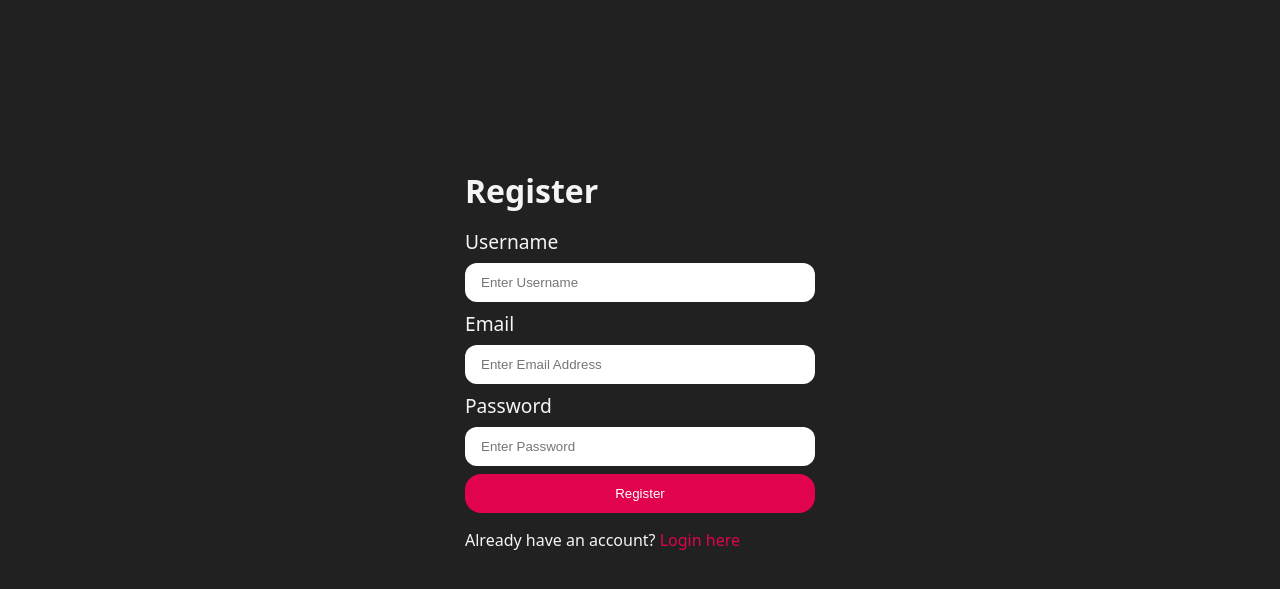
Repository: ASHUTOSHNANDA2006/Resume_Analyzer
Page: /register (app in Frontend/)
The author's editor kept a copy of each file at every save. The page is drawn from the files as they stood at one save, then again after a run of saves.
The browser window is 1280 px wide. The pictures show the whole page.
The project was rebuilt for these pictures with package versions that can differ from the ones it lists, and the page was loaded fresh each time. Also part of the build but not shown: Frontend/vite.config.js, Frontend/src/features/auth/pages/login.jsx.

Above is the page before, as saved 2026-05-24 01:32:39.

After the next 7 saves:
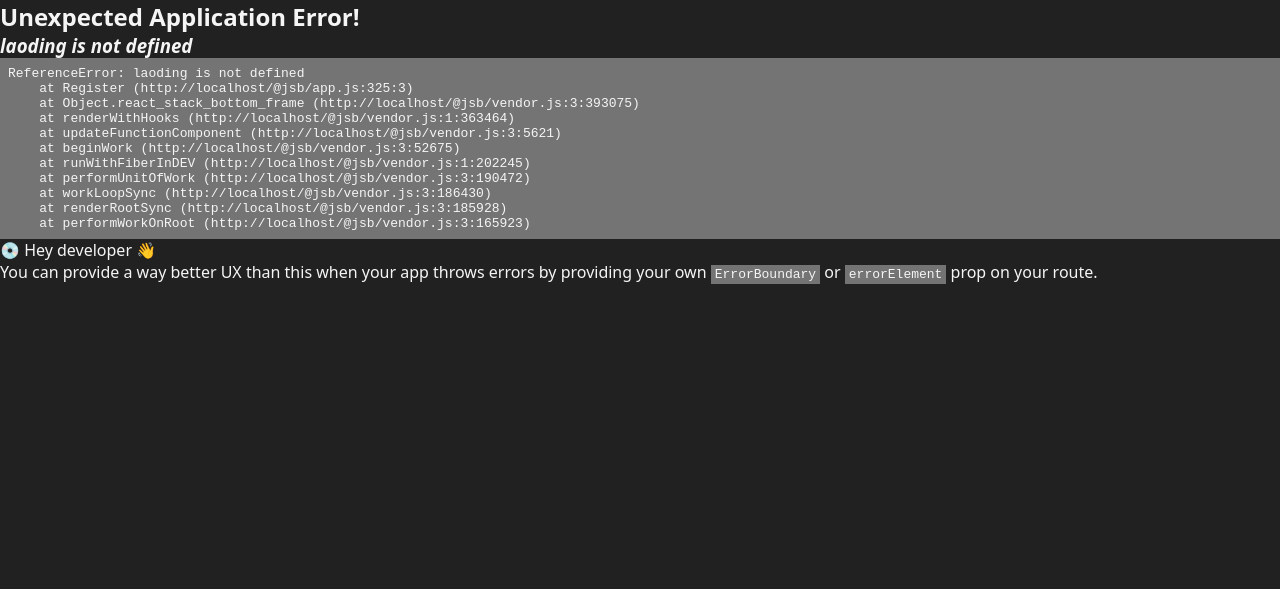
The 7 saves are shown as one change because they came seconds apart.
The last was saved 21 s later.
--- a/Frontend/src/features/auth/pages/Register.jsx
+++ b/Frontend/src/features/auth/pages/Register.jsx
@@ -18,6 +18,9 @@
         navigate("/")
     }
 
+    if(laoding){
+        return (<main><h1>Loading...</h1></main>)
+    }
 
     return (
         <main>

After the save that followed:
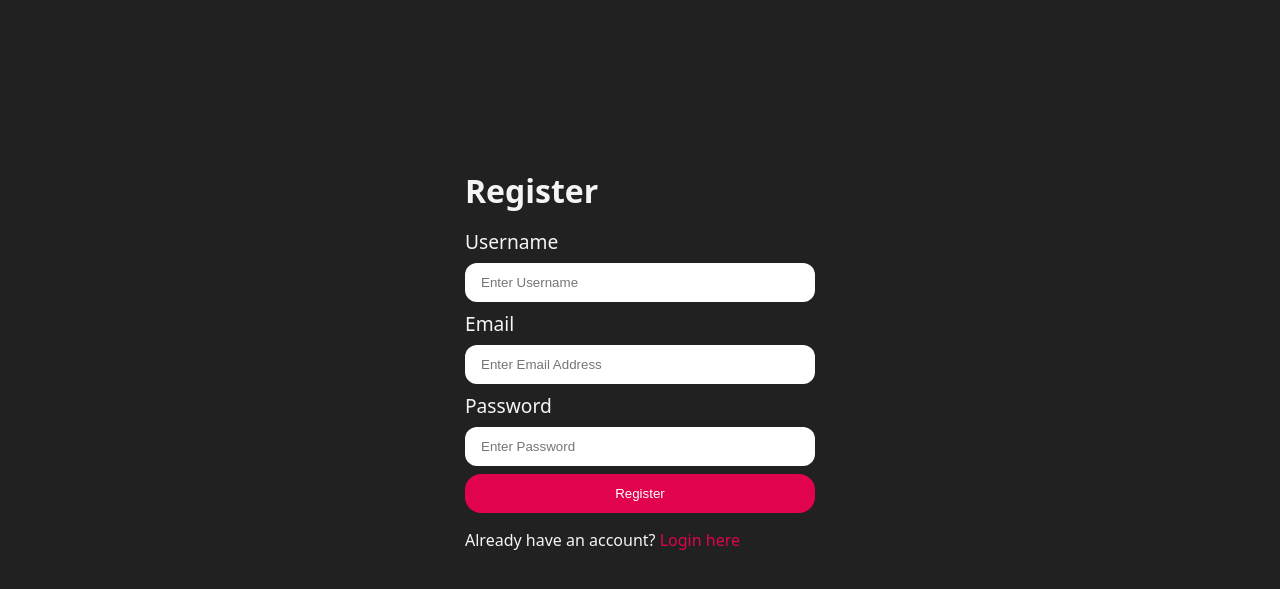
Saved 4 s later.
--- a/Frontend/src/features/auth/pages/Register.jsx
+++ b/Frontend/src/features/auth/pages/Register.jsx
@@ -18,7 +18,7 @@
         navigate("/")
     }
 
-    if(laoding){
+    if(loading){
         return (<main><h1>Loading...</h1></main>)
     }
 
